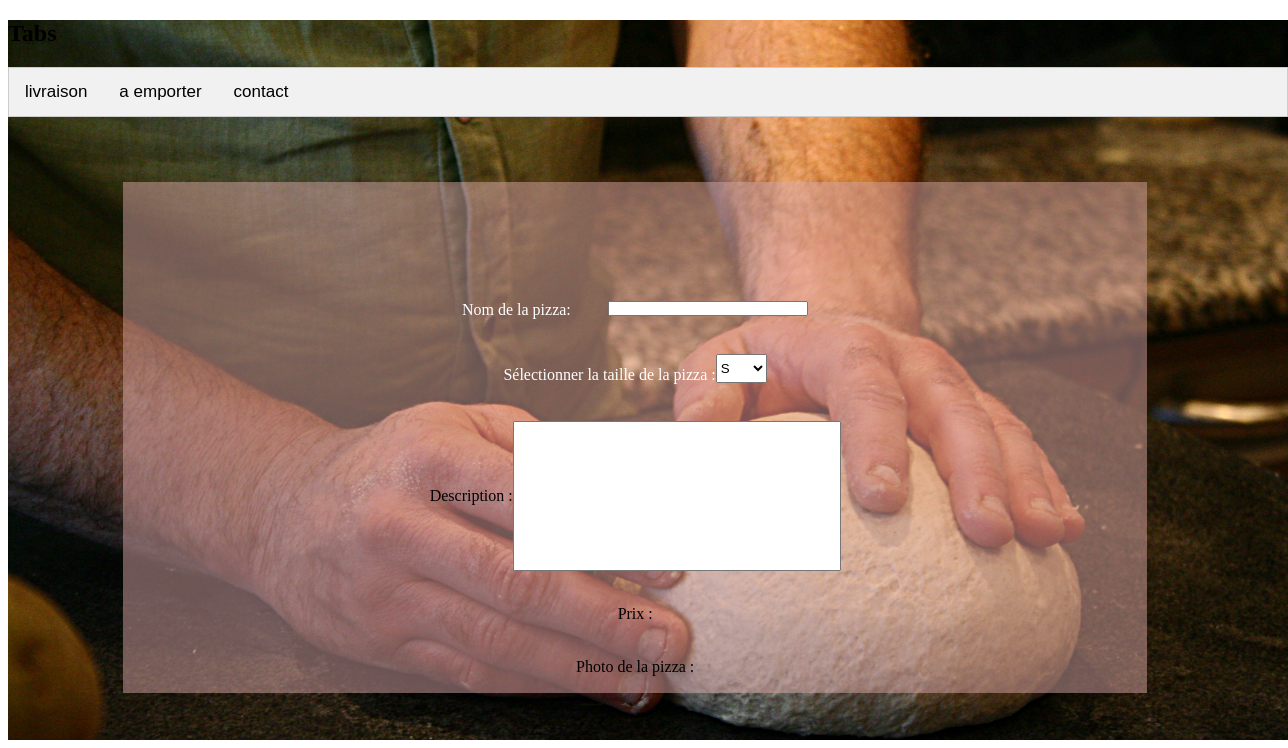
Repository: dev84-unalien/pippo_pizza
Page: admin.html
These files come from the project's save history. The page is drawn as it stood at one moment and after the next save; the edit follows.
The browser window is 1280 px wide. The page is 1288 px wide, so the pictures cover 1288 px, including what lies to the right of the window. The pictures show the whole page.

Above is the page before, as saved 2019-09-10 12:20:53.

### admin.html
<!DOCTYPE html>
<html lang="en">

<head>
    <meta charset="UTF-8">
    <meta name="viewport" content="width=device-width, initial-scale=1.0">
    <meta http-equiv="X-UA-Compatible" content="ie=edge">
    <title>pizzaria pippo</title>
    <link rel="stylesheet" href="admin.css">
    <script src="jquery-3.4.1.min.js"></script>
    <script src="admin.js"></script>

</head>

<body>
    <div id=unos>
        <div id=commande>

            <h2>Tabs</h2>


            <div class="tab">
                <button class="tablinks" onclick="openCity(event, 'livraison')">livraison</button>
                <button class="tablinks" onclick="openCity(event, 'emporter')">a emporter</button>
                <button class="tablinks" onclick="openCity(event, 'contact')">contact</button>
            </div>

            <div id="livraison" class="tabcontent">
                <h3>livraison</h3>
            </div>

            <div id="emporter" class="tabcontent">
                <h3>emporter</h3>

            </div>

            <div id="contact" class="tabcontent">
            </div>
            </form>

         <div id="body">
            <div id="Gcadre">
                 <div id="Nom">Nom de la pizza:<input id="écriture"></input></div>
                  <div id="Taille">
                  <p>Sélectionner la taille de la pizza :</p>
                   <select >
                         <option value="S">S</option>
                         <option value="M">M</option>
                         <option value=">L">L</option>
                         <option value="XL">XL</option>
                         <option value="XXL">XXL</option>
                     </select>
                </div>
                <div id="Description">Description :<input id="écriture2"></input></div>
                <div id="Prix">Prix :</div>

                <div id="Image"> Photo de la pizza :</div>
            </div>

        </div>
    </div>
</body>

</html>

### admin.css
#unos {
  height: 100vh;
  width: 100vw;
  background-image: url("images/ajoutpizza.jpg");
  justify-content: cover;
  background-size: 100vw;
}
#body{
    width: 100vw;
    height: 80vh;
    display: flex;
  flex-direction: column;
  justify-content: center;
  align-content: center;
}
#Gcadre {
  display: flex;
  flex-direction: column;
  justify-content: space-around;
  align-items: center;
  width: 80vw;
  height: 80vh;
  background-color: rgba(216, 166, 166, 0.5);
  margin-left: 9vw;
  margin-top:9vh;
}

#Nom {
  display: flex;
  justify-content: space-around;
  color: white;
  margin-top: 8vw;
  width: 30vw;
  height:2vh;
}
#écriture{
  width:15vw;
}

#Taille {
  display: flex;
  justify-content: center;
  align-content: center;
  width: 80vw;
  height: 5vh;
}
select {
  width: 4vw;
  height: 4vh;
  margin-top: 0.5vh;
}
#écriture2{
  width:25vw;
  height:20vh;
}
#description{
  display: flex;
  justify-content: space-around;
}
p {
  color: white;
}

#formulaire {
  height: 50%;
  width: 50%;
  background-color: aliceblue;
}

#livraison {
  background-color: aquamarine;
}

#emporter {
  background-color: beige;
}
#contact {
  background-color: powderblue;
}

.tab {
  overflow: hidden;
  border: 1px solid #ccc;
  background-color: #f1f1f1;
}

/* Style the buttons inside the tab */

.tab button {
  background-color: inherit;
  float: left;
  border: none;
  outline: none;
  cursor: pointer;
  padding: 14px 16px;
  transition: 0.3s;
  font-size: 17px;
}

/* Change background color of buttons on hover */

.tab button:hover {
  background-color: red;
}

/* Create an active/current tablink class */

.tab button.active {
  background-color: red;
}

/* Style the tab content */

.tabcontent {
  display: none;
  padding: 6px 12px;
  border: 1px solid red;
  border-top: none;
}

Loaded but not shown: jquery-3.4.1.min.js (library); admin.js (no copy from this time; the picture is the same without it)

After the next save:
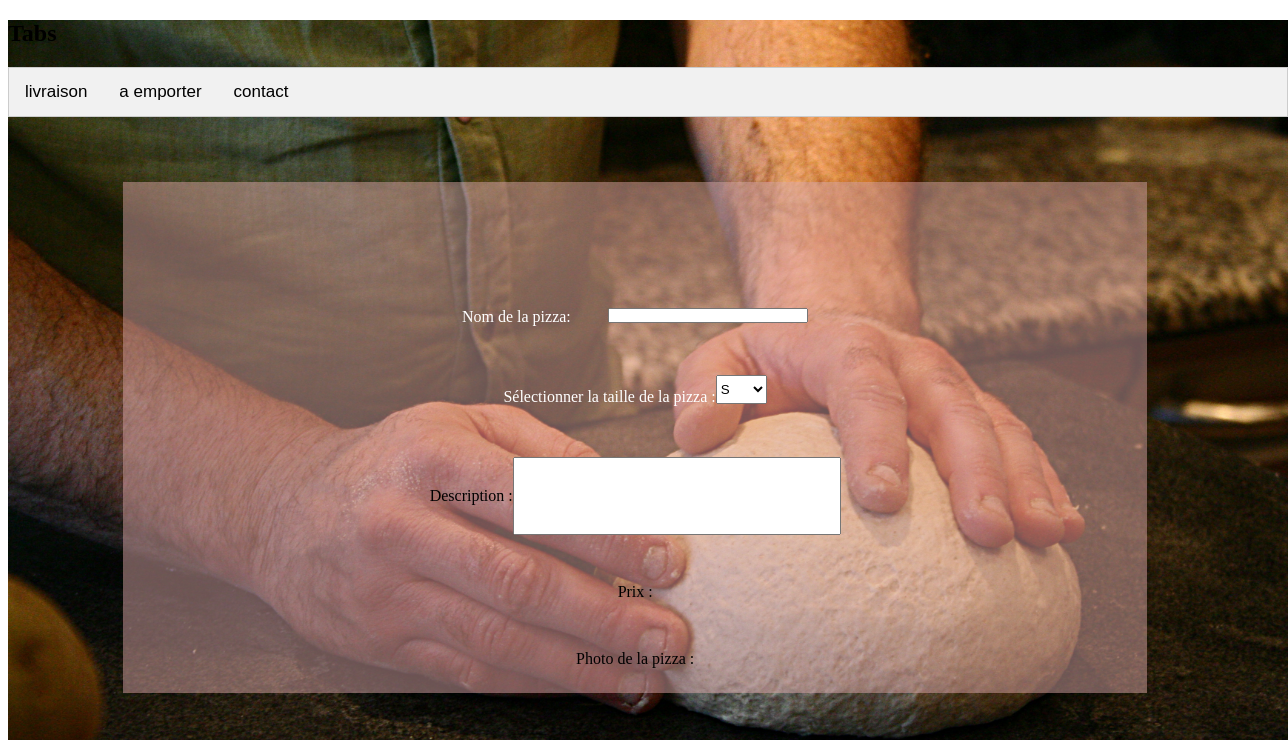
Saved 37 s later.
--- a/admin.css
+++ b/admin.css
@@ -51,7 +51,7 @@ select {
 }
 #écriture2{
   width:25vw;
-  height:20vh;
+  height:10vh;
 }
 #description{
   display: flex;
